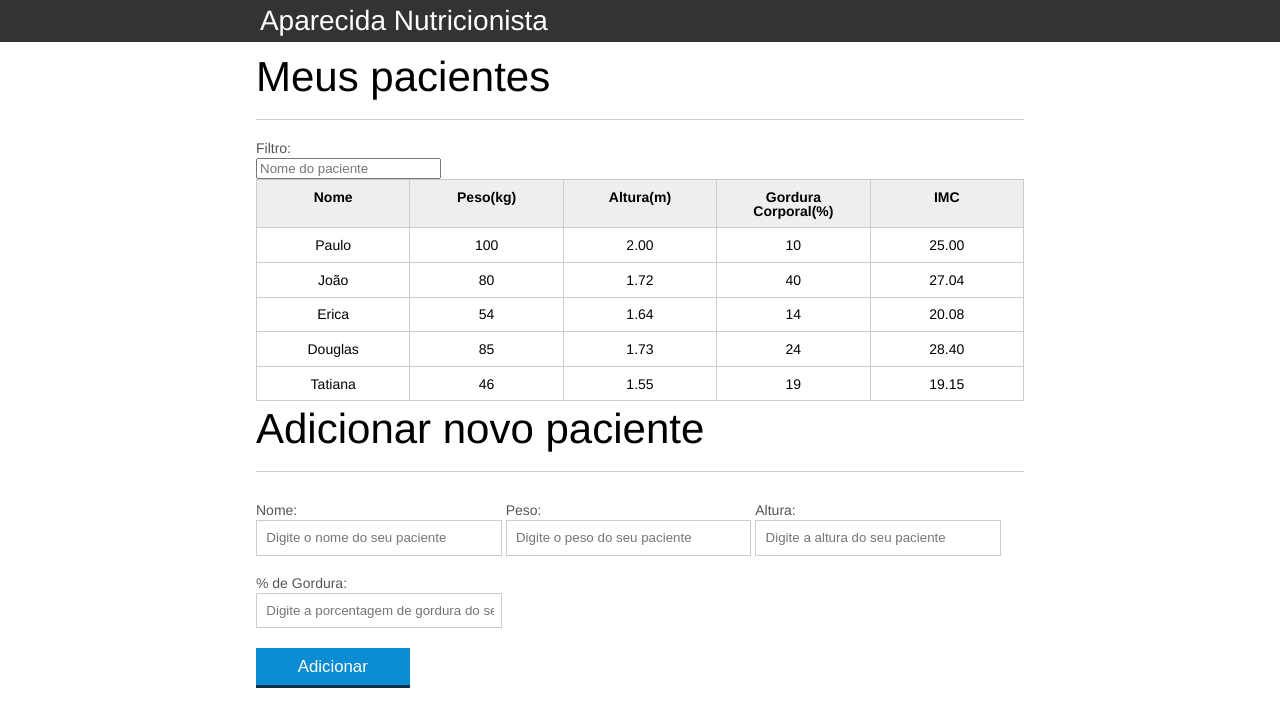
Repository: GabbLps/Controle-de-Clientes-Alura
Page: index.html
The author's editor kept a copy of each file at every save. The page is drawn from the files as they stood at one save, then again after the next save.
The browser window is 1280 px wide. The pictures show the whole page.

Above is the page before, as saved 2022-05-15 18:44:30.

### index.html
<!DOCTYPE html>
<html lang="pt-br">
	<head>
		<meta charset="UTF-8">
		<title>Aparecida Nutrição</title>
		<link rel="icon" href="favicon.ico" type="image/x-icon">
		<link rel="stylesheet" type="text/css" href="css/reset.css">
		<link rel="stylesheet" type="text/css" href="css/index.css">

	</head>
	<body>

		<header>
			<div class="container">
				<h1 class="titulo">Aparecida Nutrição</h1>
			</div>
		</header>
		<main>
			<section class="container">
				<h2>Meus pacientes</h2>
				<label for="filtrar-tabela">Filtro:</label>
				<input type="text" name="filtro" id="filtrar-tabela" placeholder="Nome do paciente">
				<table>
					<thead>
						<tr>
							<th>Nome</th>
							<th>Peso(kg)</th>
							<th>Altura(m)</th>
							<th>Gordura Corporal(%)</th>
							<th>IMC</th>
						</tr>
					</thead>
					<tbody id="tabela-pacientes">
						<tr class="paciente" id="primeiro-paciente" >
							<td class="info-nome">Paulo</td>
							<td class="info-peso">100</td>
							<td class="info-altura">2.00</td>
							<td class="info-gordura">10</td>
							<td class="info-imc">0</td>
						</tr>

						<tr class="paciente" >
							<td class="info-nome">João</td>
							<td class="info-peso">80</td>
							<td class="info-altura">1.72</td>
							<td class="info-gordura">40</td>
							<td class="info-imc">0</td>
						</tr>

						<tr class="paciente" >
							<td class="info-nome">Erica</td>
							<td class="info-peso">54</td>
							<td class="info-altura">1.64</td>
							<td class="info-gordura">14</td>
							<td class="info-imc">0</td>
						</tr>

						<tr class="paciente">
							<td class="info-nome">Douglas</td>
							<td class="info-peso">85</td>
							<td class="info-altura">1.73</td>
							<td class="info-gordura">24</td>
							<td class="info-imc">0</td>
						</tr>
						<tr class="paciente" >
							<td class="info-nome">Tatiana</td>
							<td class="info-peso">46</td>
							<td class="info-altura">1.55</td>
							<td class="info-gordura">19</td>
							<td class="info-imc">0</td>
						</tr>
					</tbody>
				</table>

			</section>
		</main>

		<section class="container">
			<h2 id="titulo-form">Adicionar novo paciente</h2>
			<ul id="mensagens-erro">

			</ul>
			<form id="form-adiciona">
				<div class="grupo">
					<label for="nome">Nome:</label>
					<input id="nome" name="nome" type="text" placeholder="Digite o nome do seu paciente" class="campo">
				</div>
				<div class="grupo">
					<label for="peso">Peso:</label>
					<input id="peso" name="peso" type="text" placeholder="Digite o peso do seu paciente" class="campo campo-medio">
				</div>
				<div class="grupo">
					<label for="altura">Altura:</label>
					<input id="altura" name="altura" type="text" placeholder="Digite a altura do seu paciente" class="campo campo-medio">
				</div>
				<div class="grupo">
					<label for="gordura">% de Gordura:</label>
					<input id="gordura" type="text" placeholder="Digite a porcentagem de gordura do seu paciente" class="campo campo-medio">
				</div>

				<button id="adicionar-paciente" class="botao bto-principal">Adicionar</button>
			</form>
		</section>

		<script src="js/calcula-imc.js"></script>
		<script src="js/form.js"></script>
		<script src="js/remover-paciente.js"></script>
	</body>
</html>

### css/index.css
*{
	box-sizing: border-box;
 }

body{
	font-family: "Helvetica Neue", "Helvetica", Helvetica, Arial, sans-serif;
	font-size: 14px;
}

header{
	background-color: #333;
	height: 3em;
	color: #FFF;
	margin-bottom: 1em;
}

header h1{
	font-size: 2em;
	display:inline-block;
	vertical-align:	middle;
}
header h2{
	font-size: 2em;
	display:inline-block;
	vertical-align:	middle;
}

header .container:before{
	content: '';
	display:inline-block;
	height: 100%;
	vertical-align:	middle;
}

.container{
	width: 60%;
	height: 100%;
	margin: 0 auto;
}

section{
	margin: 2em 0;
	overflow: hidden;
}

section h2{
	font-size: 3em;
	display: block;
	padding-bottom: .5em;
	border-bottom: 1px solid #ccc;
	margin-bottom: .5em;
}

table{
	width: 100%;
	margin-bottom : .5em;
    table-layout: fixed;

}

td, th {
	padding: .7em;
	margin: 0;
	border: 1px solid #ccc;
	text-align: center;
}

th{
	font-weight: bold;
	background-color: #EEE;
}

label{
	color: #555;
	display: block;
	margin-bottom: .2em;
}

.campo{
	margin: 0;
	padding-bottom: 1em;
	width: 100%;
	border: 1px solid #ccc;
	padding: .7em;
	width: 100%;
}

.campo-medio{
	display: inline-block;
	padding-right: .5em;
}

.grupo{
	width: 32%;
	display: inline-block;
	padding: 10px 0px;
}

button{
	padding: .5em 2em;
	border: 0;
	border-bottom: 3px solid;
	font-size: 1.2em;
	cursor: pointer;
	margin: 0;
	margin-top: -3px;
	color: #fff;
	background-color:#0c8cd3;
	border-color: #04324c;
	width: 20%;
    display: block;
    clear: both;
    margin: 10px 0px;

}

button:active{
	margin-top:0px;
	border: 0;
}

button[disabled=disabled], button:disabled {
    background-color: gray;
	border-color: darkgray;

}

.adicionar-paciente{
    margin-top: 30px;
}

.campo-invalido{
	border: 1px solid red;
}

.paciente-invalido {
	background-color: lightcoral;
}

#mensagens-erro{
	color:red;
}

.fadeOut {
	opacity: 0;
	transition: 0.5s;
}

### js/calcula-imc.js
var titulo = document.querySelector(".titulo");
titulo.textContent = "Aparecida Nutricionista";

var pacientes = document.querySelectorAll(".paciente");

for(var i = 0;i < pacientes.length; i++) {

    var paciente = pacientes[i];

    var tdPeso = paciente.querySelector(".info-peso");
    var peso = tdPeso.textContent;

    var tdAltura = paciente.querySelector(".info-altura");
    var altura = tdAltura.textContent;

    var tdImc = paciente.querySelector(".info-imc");

    var pesoEhValido = validaPeso(peso); //true or false
    var alturaEhValida = validaAltura(altura); //true or false

    if(!pesoEhValido) {
        console.log("Peso inválido!")
        pesoEhValido = false;
        tdImc.textContent = "Peso inválido!"
        paciente.classList.add("paciente-invalido");
    }

    if(!alturaEhValida) {
        console.log("Altura inválida!")
        pesoEhValido = false;
        tdImc.textContent = "Altura inválida!";
        paciente.classList.add("paciente-invalido");
    }

    if(pesoEhValido && alturaEhValida) {
        var imc = calculaImc(peso,altura);
        tdImc.textContent = imc;
    }
}

function validaPeso(peso) {
    if(peso >= 0 && peso < 1000) {
        return true;
    }else{
        return false;
    }
}

function validaAltura(altura) {
    if(altura >= 0 && altura <= 3.0) {
        return true;
    } else {
        return false;
    }
}

function calculaImc(peso,altura) {
    var imc = 0;

    imc = peso / (altura*altura);

    return imc.toFixed(2);
}

### js/form.js
var botaoAdicionar = document.querySelector("#adicionar-paciente");
botaoAdicionar.addEventListener("click", function(event) {
    event.preventDefault();

    var form = document.querySelector("#form-adiciona");
    var paciente = obtemPacienteDoFormulario(form);

    var pacienteTr = montaTr(paciente);

    var erros = validaPaciente(paciente);
    console.log(erros);

    if(erros.length > 0){
        exibeMensagensDeErro(erros);
        return;
    }

    //  Adicionando paciente na tabela
    var tabela = document.querySelector("#tabela-pacientes");

    tabela.appendChild(pacienteTr);
    form.reset();

    // Apagar conteudo de dentro da UL que contem os erros
    var mensagensErro = document.querySelector("#mensagens-erro");
    mensagensErro.innerHTML = "";
});

    function exibeMensagensDeErro(erros) {
        var ul = document.querySelector("#mensagens-erro");
        ul.innerHTML = "";
        erros.forEach(function(erro){
            var li = document.createElement("li");
            li.textContent = erro;
            ul.appendChild(li);
        });
    }

function obtemPacienteDoFormulario(form) {

    var paciente = {
        nome: form.nome.value,
        peso: form.peso.value,
        altura: form.altura.value,
        gordura: form.gordura.value,
        imc: calculaImc(form.peso.value, form.altura.value)
    }
    return paciente;
}

function montaTr(paciente){
    var pacienteTr = document.createElement("tr");  // Cria uma tr
    pacienteTr.classList.add("paciente");

    pacienteTr.appendChild(montaTd(paciente.nome, "info-nome"));   // Adiciona nomeTd dentro da Tr
    pacienteTr.appendChild(montaTd(paciente.peso, "info-peso"));
    pacienteTr.appendChild(montaTd(paciente.altura, "info-altura"));
    pacienteTr.appendChild(montaTd(paciente.gordura, "info-gordura"));
    pacienteTr.appendChild(montaTd(paciente.imc, "info-imc"));

    return pacienteTr;
}

function montaTd(dado,classe) {
    var td = document.createElement("td");  // Cria uma  td
    td.textContent = dado;   //  Adiciona um valor para essa td
    td.classList.add(classe); // Adiciona a classe no Td
    return td;
}

function validaPaciente(paciente) {

    var erros = [];

    if(paciente.nome.length == 0) {
        erros.push("O nome não pode ser em branco.");
    }

    if(!validaPeso(paciente.peso)){
        erros.push("Peso inválido!");
    }

    if(!validaAltura(paciente.altura)){
        erros.push("Altura inválida!");
    }

    if(paciente.gordura.length == 0) {
        erros.push("A gordura não pode ser em branco.");
    }

    if(paciente.peso.length == 0) {
        erros.push("O peso não pode ser em branco.");
    }

    if(paciente.altura.length == 0) {
        erros.push("A altura não pode ser em branco.");
    }
    return erros;
}

### js/remover-paciente.js
var pacientes = document.querySelectorAll(".paciente");

var tabela = document.querySelector("#tabela-pacientes");

tabela.addEventListener("dblclick", function(e){
    e.target.parentNode.classList.add("fadeOut");

    setTimeout(function(){
        e.target.parentNode.remove();
    }, 500);

      // e. target = o filho que é clicado
});  // parentNode é o pai dele.     e.target = alvoDoEvento e o parentNode = o pai dele.

/*
pacientes.forEach(function(paciente){
    paciente.addEventListener("dblclick", function(){
        console.log("Fui clicado com um duplo clique!");
        this.remove();  // this = quem for clicado ou recebe a ação/evento.
    });
});
*/

Loaded but not shown: css/reset.css (common file)

After the next save:
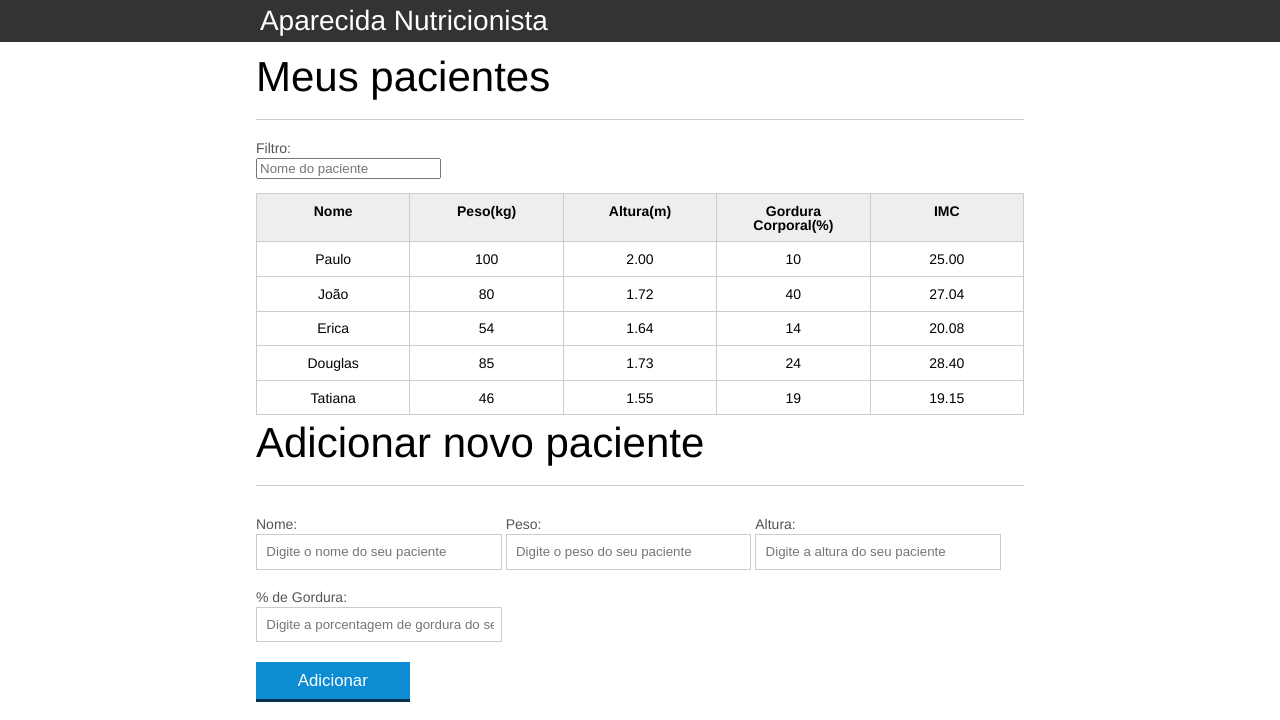
Saved 40 s later.
--- a/css/index.css
+++ b/css/index.css
@@ -55,7 +55,7 @@ table{
 	width: 100%;
 	margin-bottom : .5em;
     table-layout: fixed;
-
+	margin-top: 1em;
 }
 
 td, th {
